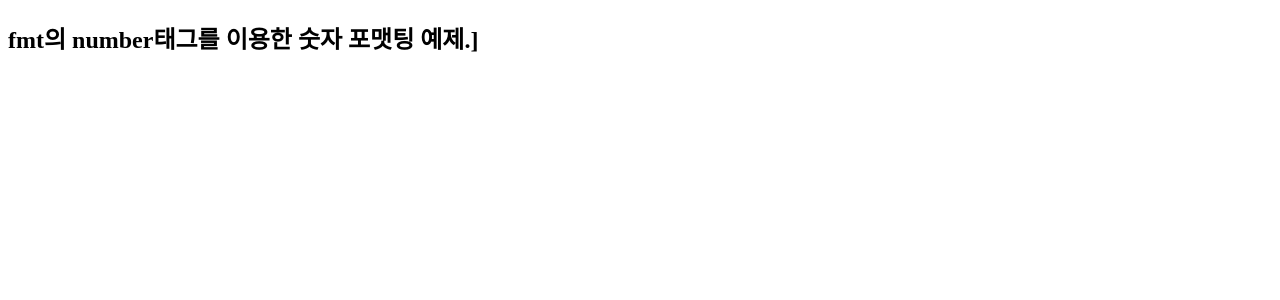
Repository: leehojun95/HJ-Developer
Page: http://localhost/webShop/sec14/test04/fomatTest.jsp
The author's editor kept a copy of each file at every save. The page is drawn from the files as they stood at one save, then again after a run of saves.
The browser window is 1280 px wide. The pictures show the whole page.
The page is served by Tomcat 9.

Above is the page before, as saved 2024-04-25 07:16:33.

After the next 2 saves:
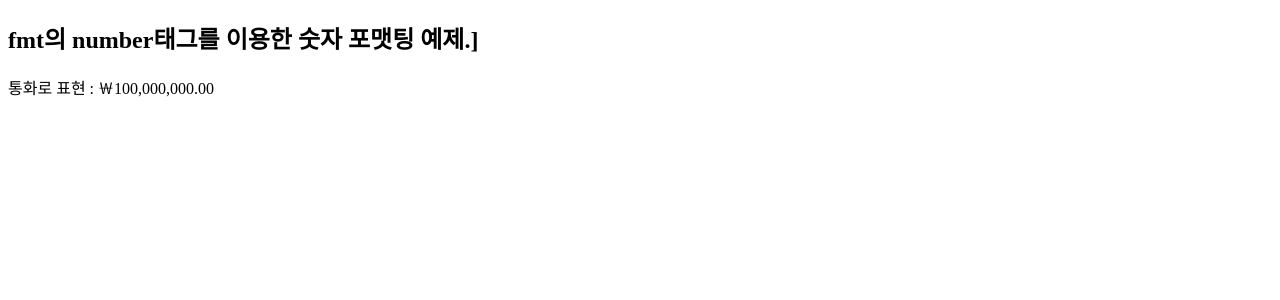
The 2 saves are shown as one change because 1 did not build or start.
The last was saved 4 min 39 s later.
--- a/webShop/src/main/webapp/sec14/test04/fomatTest.jsp
+++ b/webShop/src/main/webapp/sec14/test04/fomatTest.jsp
@@ -11,5 +11,9 @@
 </head>
 <body>
 <h2>fmt의 number태그를 이용한 숫자 포맷팅 예제.]</h2>
+<c:set var="price" value="100000000" />
+<fmt:formatNumber value="${price }" type="number" var="priceNumber" />
+통화로 표현 :
+<fmt:formatNumber type="currency" currencySymbol="￦" value="${price }" groupingUsed="true" />
 </body>
 </html>
